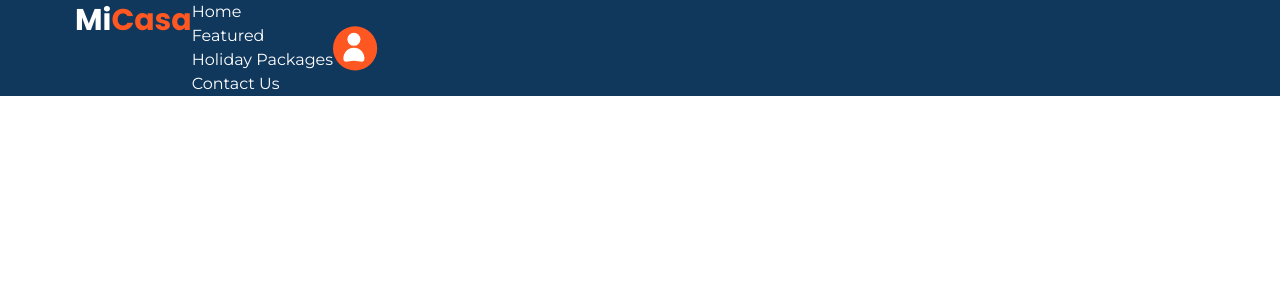
Repository: BenUnyolo/micasa-frontend
Page: index.html
An editor plug-in stored every save of this project. The page is shown before and after the next save, followed by the edit.
The browser window is 1280 px wide. The pictures show the whole page.

Above is the page before, as saved 2021-10-15 19:20:13.

After the next save:
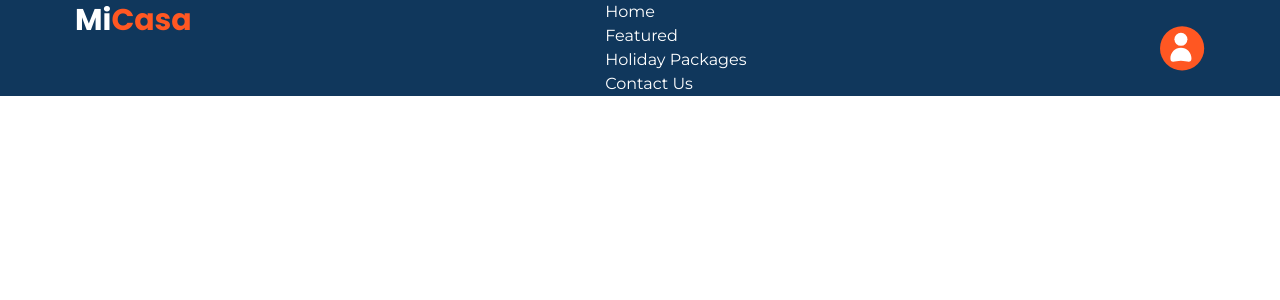
Saved 98 s later.
--- a/index.html
+++ b/index.html
@@ -11,7 +11,7 @@
     <!-- HEADER -->
     <header class="bg-primary-600 text-white">
       <div class="inner-container">
-        <div class="flex flex-row">
+        <div class="flex flex-row justify-between">
           <div class="font-bold text-3xl leading-10 font-poppins inline-block">
             Mi<span class="text-secondary-600">Casa</span>
           </div>
